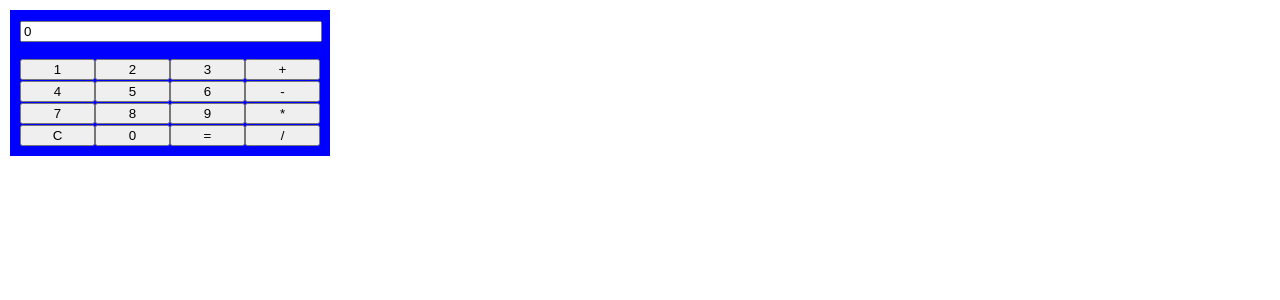
Repository: qudos4real/calculator
Page: /
The author's editor kept a copy of each file at every save. The page is drawn from the files as they stood at one save, then again after the next save.
The browser window is 1280 px wide. The pictures show the whole page.
The project was rebuilt for these pictures with package versions that can differ from the ones it lists, and the page was loaded fresh each time.

Above is the page before, as saved 2022-10-09 13:08:49.

### src/index.css
body {
  margin: 0;
  font-family: -apple-system, BlinkMacSystemFont, 'Segoe UI', 'Roboto', 'Oxygen',
    'Ubuntu', 'Cantarell', 'Fira Sans', 'Droid Sans', 'Helvetica Neue',
    sans-serif;
  -webkit-font-smoothing: antialiased;
  -moz-osx-font-smoothing: grayscale;
}

code {
  font-family: source-code-pro, Menlo, Monaco, Consolas, 'Courier New',
    monospace;
}
   border: 10px solid black;

### src/App.js
import Buttons from "./components/Calculator";




function App() {
  return (
    <>
         <Buttons />
    </>
  );
}

export default App;

### src/components/Calculator.js
import React from "react";
import "./Calculator.css";
import { useState } from "react";

const numbers = [
  [1, 2, 3, "+"],
  [4, 5, 6, "-"],
  [7, 8, 9, "*"],
  ["C", 0, "=", "/"],
];

function Buttons() {
  const [val, setVal] = useState(0);

  const clearVal = () => {
    try {
      setVal(val.slice(0, -1));
    } catch (error) {
      setVal("");
    }
  };

  const equalTo = () => {
    try {
      setVal(eval(val));
    } catch (error) {
      setVal("Error");
    }
  };

  return (
    <div className="buttonWrapper">
      <input type="text" className="screen" value={val} onChange={(e) => setVal(e.target.value)} /> <br />
      {numbers.flat().map((num) => (
        <button
          className="num"
          key={num}
          value={num}
          onClick={
            num === "C"
              ? (e) => clearVal()
              : num === "="
              ? () => equalTo()
              : (e) => setVal(val + e.target.value)
          }
        >
          {num}
        </button>
      ))}
    </div>
  );
}

export default Buttons;

### src/components/Calculator.css
.buttonWrapper {
    width: 300px;
    padding: 10px;
    margin: 10px;
    background-color: blue;
}
.num {
    width: 25%;
}
.screen {
    width: 98%;
    margin-bottom: 1rem;
}

Loaded but not shown: public/index.html (common file); src/index.js (common file)

After the next save:
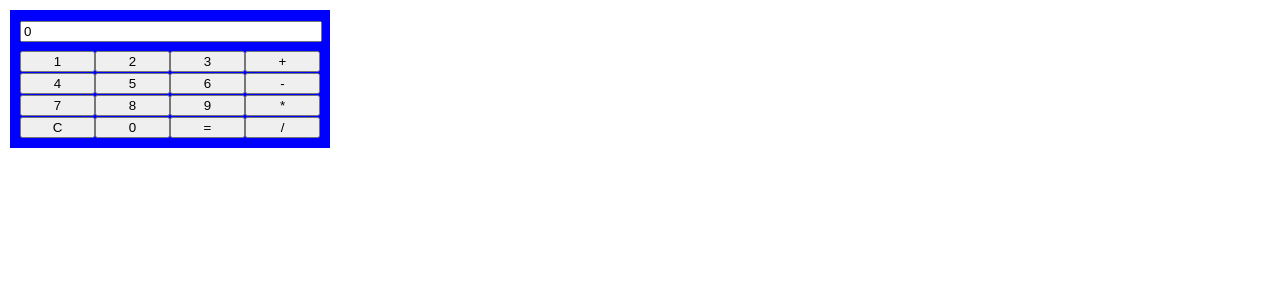
Saved 5 s later.
--- a/src/components/Calculator.css
+++ b/src/components/Calculator.css
@@ -9,5 +9,5 @@
 }
 .screen {
     width: 98%;
-    margin-bottom: 1rem;
+    margin-bottom: 0.5rem;
 }
